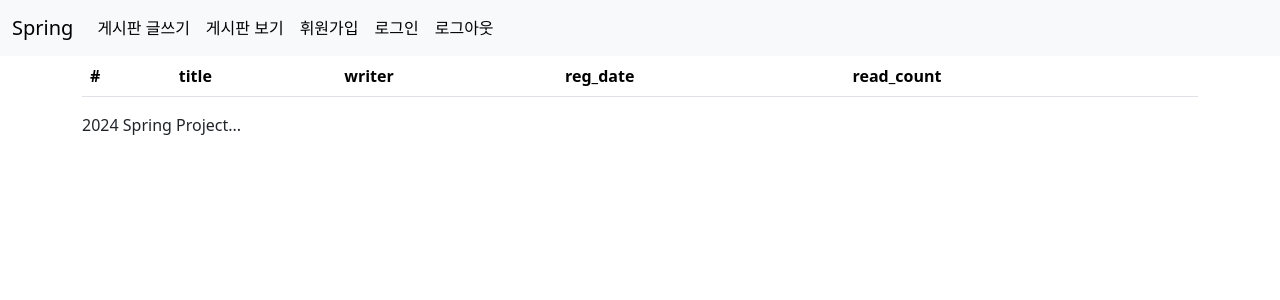
Repository: dlfhrrl12/springtest
Page: http://localhost/spring_study/WEB-INF/views/board/list.jsp
An editor plug-in stored every save of this project. The page is shown before and after the next save, followed by the edit.
The browser window is 1280 px wide. The pictures show the whole page.
The page is served by Tomcat 9. Nobody is signed in. The template is opened directly, without the code that normally fills it, so the values that code supplies are empty.

Above is the page before, as saved 2024-04-24 08:02:41.

### spring_study/src/main/webapp/WEB-INF/views/board/list.jsp
<%@ page language="java" contentType="text/html; charset=UTF-8"
    pageEncoding="UTF-8"%>
	<%@ taglib uri="http://java.sun.com/jsp/jstl/core"  prefix="c"%>

<jsp:include page="../layout/header.jsp"/>

<div class="container-md">
	<table class="table table-striped">
		<thead>
			<tr>
				<th>#</th>
				<th>title</th>
				<th>writer</th>
				<th>reg_date</th>
				<th>read_count</th>
			</tr>
		</thead>
		<tbody>
			<c:forEach items="${list }" var="bvo">
			<tr>
				<th>${bvo.bno }</th>
				<th><a href="/board/detail?bno=${bvo.bno }">${bvo.title }</a></th>
				<th>${bvo.writer }</th>
				<th>${bvo.reg_date }</th>
				<th>${bvo.read_count }</th>
			</tr>
			</c:forEach>
		</tbody>
	</table>
</div>

<jsp:include page="../layout/footer.jsp" />

### spring_study/src/main/webapp/WEB-INF/views/layout/header.jsp
<%@ page language="java" contentType="text/html; charset=UTF-8"
    pageEncoding="UTF-8"%>
<!DOCTYPE html>
<html>
<head>
<meta charset="UTF-8">
<title>header.jsp</title>
<link href="https://cdn.jsdelivr.net/npm/bootstrap@5.3.3/dist/css/bootstrap.min.css" rel="stylesheet" integrity="sha384-QWTKZyjpPEjISv5WaRU9OFeRpok6YctnYmDr5pNlyT2bRjXh0JMhjY6hW+ALEwIH" crossorigin="anonymous">
<script src="https://cdn.jsdelivr.net/npm/bootstrap@5.3.3/dist/js/bootstrap.bundle.min.js" integrity="sha384-YvpcrYf0tY3lHB60NNkmXc5s9fDVZLESaAA55NDzOxhy9GkcIdslK1eN7N6jIeHz" crossorigin="anonymous"></script>
</head>
<body>
<nav class="navbar navbar-expand-lg bg-body-tertiary">
  <div class="container-fluid">
    <a class="navbar-brand" href="#">Spring</a>
    <button class="navbar-toggler" type="button" data-bs-toggle="collapse" data-bs-target="#navbarSupportedContent" aria-controls="navbarSupportedContent" aria-expanded="false" aria-label="Toggle navigation">
      <span class="navbar-toggler-icon"></span>
    </button>
    <div class="collapse navbar-collapse" id="navbarSupportedContent">
      <ul class="navbar-nav me-auto mb-2 mb-lg-0">
        <li class="nav-item">
          <a class="nav-link active"  href="/board/register">게시판 글쓰기</a>
        </li>
        <li class="nav-item">
          <a class="nav-link active"  href="/board/list">게시판 보기</a>
        </li>
        <li class="nav-item">
          <a class="nav-link active"  href="#">휘원가입</a>
        </li>
        <li class="nav-item">
          <a class="nav-link active"  href="#">로그인</a>
        </li>
        <li class="nav-item">
          <a class="nav-link active"  href="#">로그아웃</a>
        </li>
    </div>
  </div>
</nav>

### spring_study/src/main/webapp/WEB-INF/views/layout/footer.jsp
<%@ page language="java" contentType="text/html; charset=UTF-8"
    pageEncoding="UTF-8"%>



<div class="container-md">
	2024 Spring Project...
</div>

</body>
</html>

After the next save:
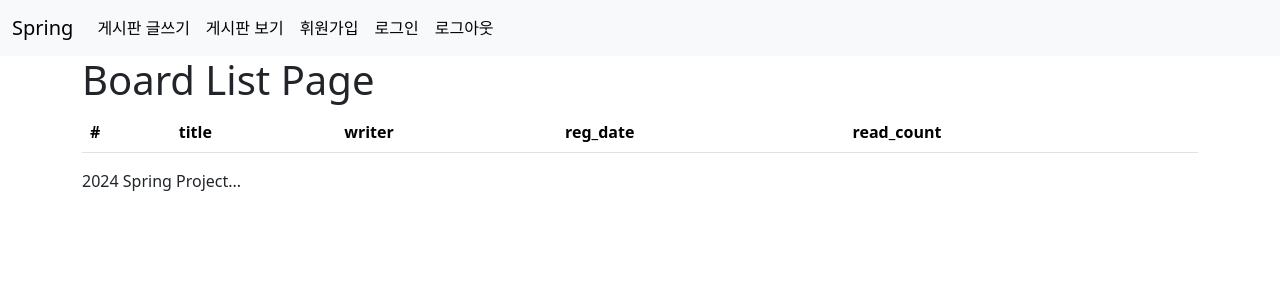
Saved 5 min 48 s later.
--- a/spring_study/src/main/webapp/WEB-INF/views/board/list.jsp
+++ b/spring_study/src/main/webapp/WEB-INF/views/board/list.jsp
@@ -5,6 +5,7 @@
 <jsp:include page="../layout/header.jsp"/>
 
 <div class="container-md">
+<h1>Board List Page</h1>
 	<table class="table table-striped">
 		<thead>
 			<tr>
